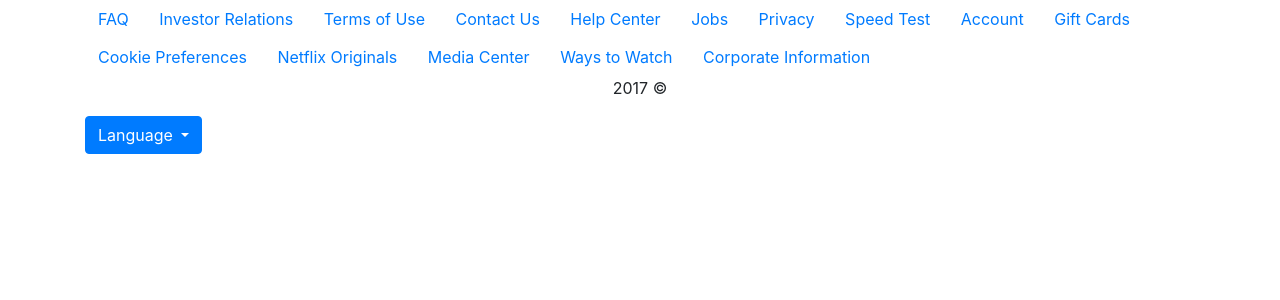
Repository: bharath309/backup
Page: http://localhost/netflix-operation/footerNetflix.jsp
These files come from the project's save history. The page is drawn as it stood at one moment and after the next save; the edit follows.
The browser window is 1280 px wide. The pictures show the whole page.
The page is served by Tomcat 9.

Above is the page before, as saved 2018-03-06 00:11:38.

### netflix-operation/src/main/webapp/footerNetflix.jsp
<%@ page language="java" contentType="text/html; charset=ISO-8859-1"
	pageEncoding="ISO-8859-1"%>
<!DOCTYPE html PUBLIC "-//W3C//DTD HTML 4.01 Transitional//EN" "http://www.w3.org/TR/html4/loose.dtd">
<html>
<head>
<meta http-equiv="Content-Type" content="text/html; charset=ISO-8859-1">
<title>Bootstrap 4 Example</title>
<meta name="viewport" content="width=device-width, initial-scale=1">
<link rel="stylesheet"
	href="https://maxcdn.bootstrapcdn.com/bootstrap/4.0.0/css/bootstrap.min.css">
<script
	src="https://ajax.googleapis.com/ajax/libs/jquery/3.3.1/jquery.min.js"></script>
<script
	src="https://maxcdn.bootstrapcdn.com/bootstrap/4.0.0/js/bootstrap.min.js"></script>
</head>
<body>
	<div class="container">


			<button type="button" class="btn btn-link">FAQ</button>
				<button type="button" class="btn btn-link">Investor Relations</button>
			<button type="button" class="btn btn-link">Terms of Use</button>
				<button type="button" class="btn btn-link">Contact Us</button>
				<button type="button" class="btn btn-link">Help Center</button>
				<button type="button" class="btn btn-link">Jobs</button>
				<button type="button" class="btn btn-link">Privacy</button>
				<button type="button" class="btn btn-link">Speed Test</button>
				<button type="button" class="btn btn-link">Account</button>
				<button type="button" class="btn btn-link">Gift Cards</button>
				<button type="button" class="btn btn-link">Cookie Preferences</button>
				<button type="button" class="btn btn-link">Netflix Originals</button>
				<button type="button" class="btn btn-link">Media Center</button>
				<button type="button" class="btn btn-link">Ways to Watch</button>
				<button type="button" class="btn btn-link">Corporate Information</button>
			</ul>

			<p align="center">2017 &copy;</p>
			<div class="dropdown">
  <button type="button" class="btn btn-primary dropdown-toggle" data-toggle="dropdown">
   Language
  </button>
  <div class="dropdown-menu">
    <a class="dropdown-item" href="#">English</a>
    <a class="dropdown-item" href="#">Hindi</a>
    <a class="dropdown-item" href="#">Espanol</a>
  </div>
</div>

		</div>


</body>
</html>

After the next save:
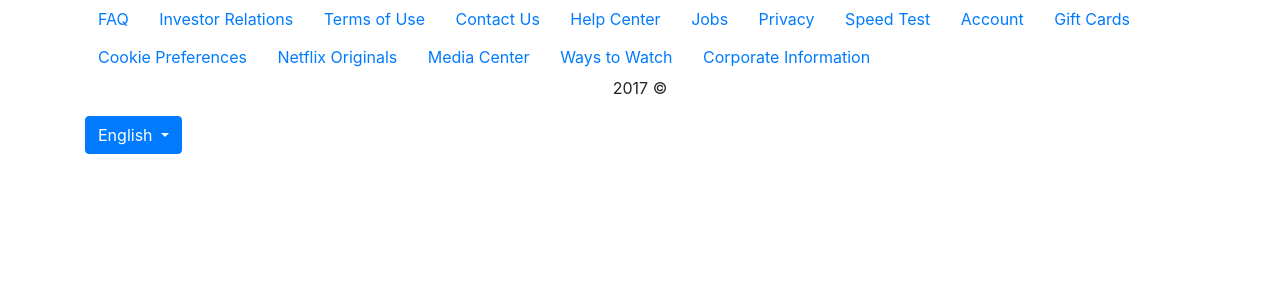
Saved 14 s later.
--- a/netflix-operation/src/main/webapp/footerNetflix.jsp
+++ b/netflix-operation/src/main/webapp/footerNetflix.jsp
@@ -37,7 +37,7 @@
 			<p align="center">2017 &copy;</p>
 			<div class="dropdown">
   <button type="button" class="btn btn-primary dropdown-toggle" data-toggle="dropdown">
-   Language
+   English
   </button>
   <div class="dropdown-menu">
     <a class="dropdown-item" href="#">English</a>
